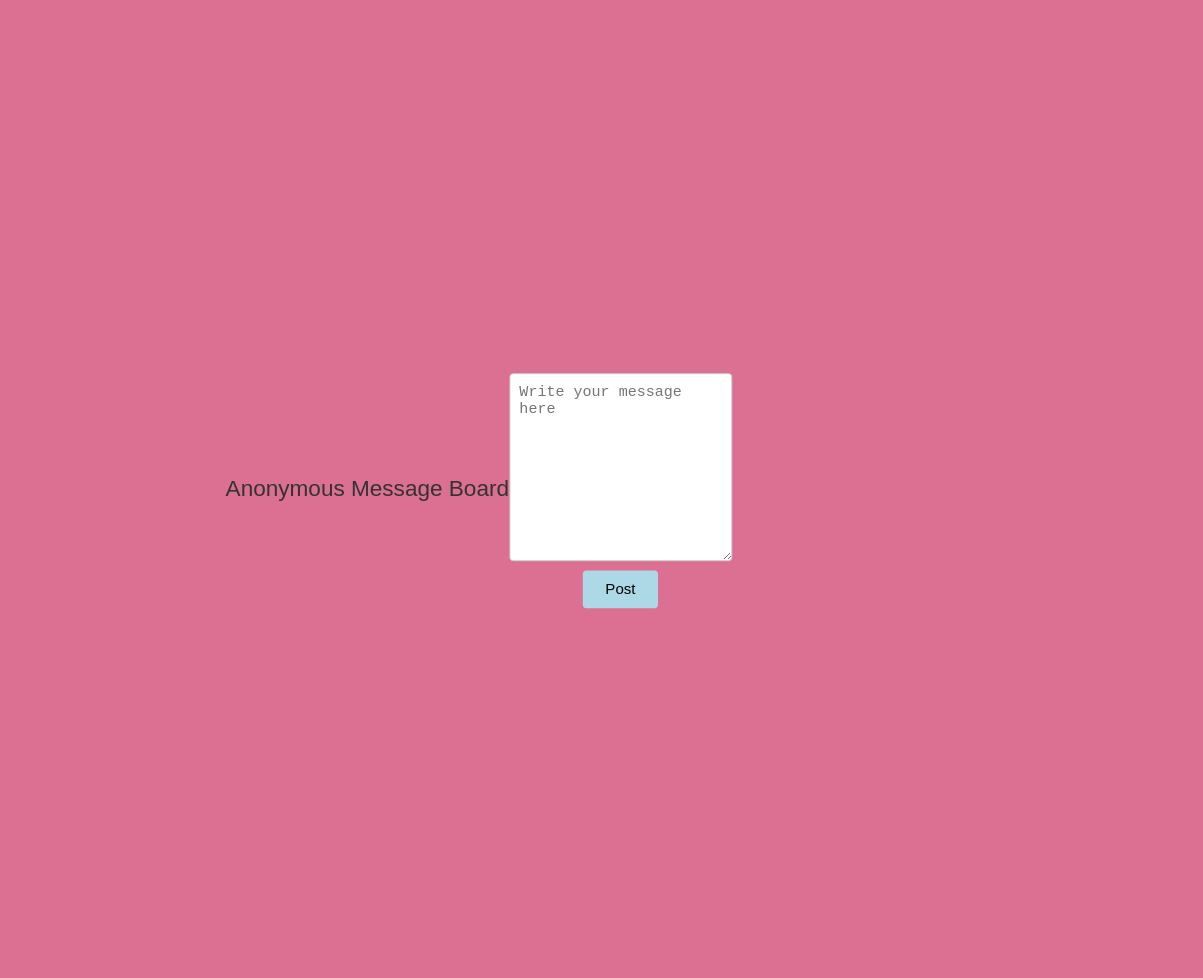
Repository: pilar122/tycha-os
Page: html1.html
The author's editor kept a copy of each file at every save. The page is drawn from the files as they stood at one save, then again after the next save.
The browser window is 1280 px wide. The pictures show the whole page, at 94% of full size.

Above is the page before, as saved 2023-01-06 12:03:34.

After the next save:
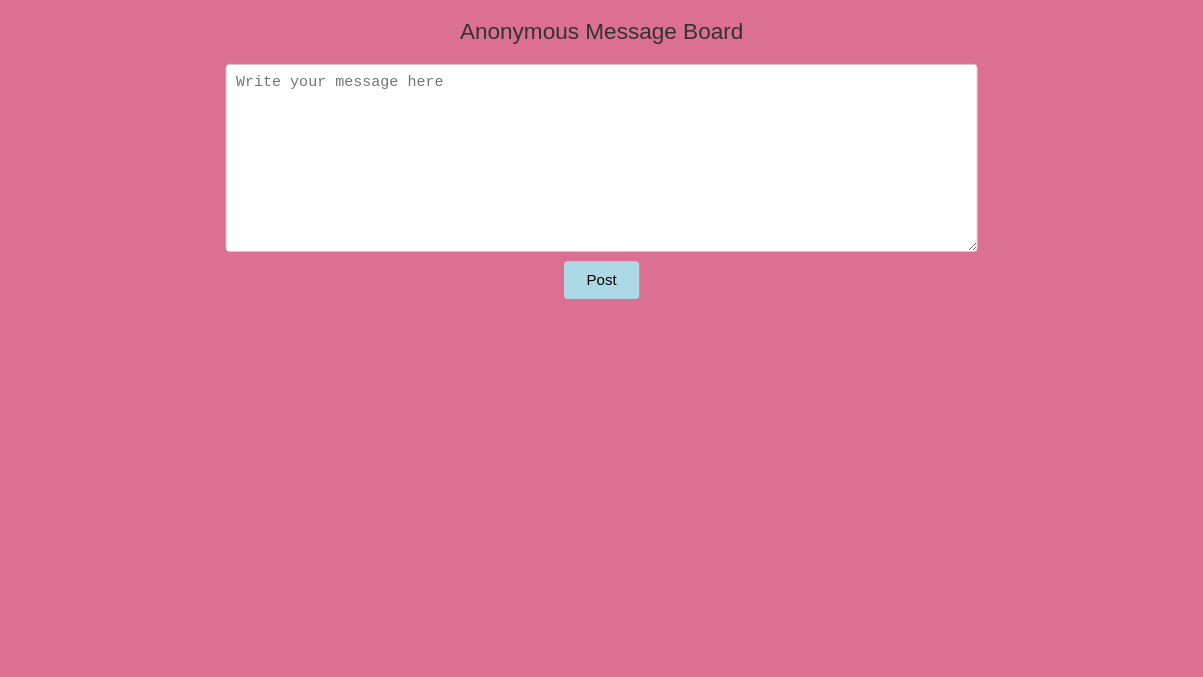
Saved 3 min 26 s later.
--- a/Style.css
+++ b/Style.css
@@ -7,12 +7,12 @@ body {
 
 #container {
     max-width: 800px;
-    height: 1000px; /*Gives the element a fixed height*/
+    /*height: 1000px; /*Gives the element a fixed height*/
     margin: 0 auto;
     padding: 20px;
     text-align: center;
-    display: flex; /*This will allow for the use of align-items property*/
-    align-items:center; /*This will center the element*/
+    /*display: flex; /*This will allow for the use of align-items property*/
+    /*align-items:center; This will center the element*/
 }
 
 h1 {
